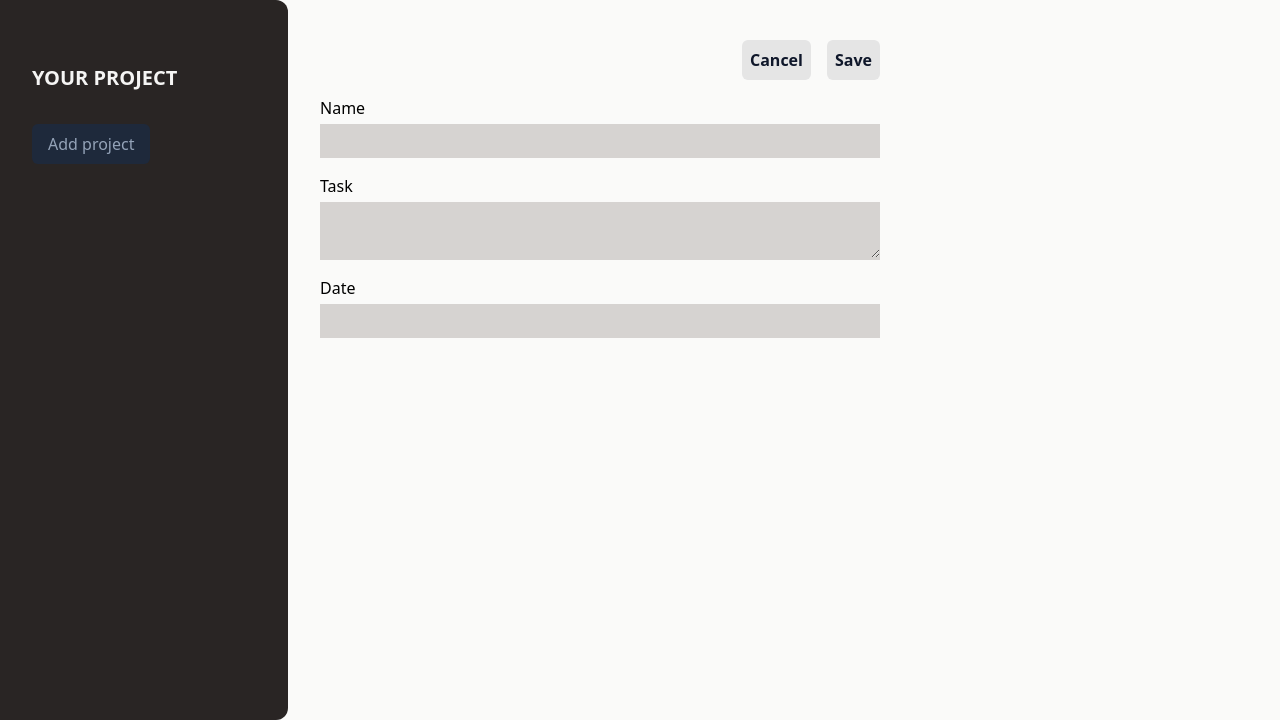
Repository: sibi24sibi/todo-list-using-reactjs
Page: /, after clicking the first element matching `button.px-4`
An editor plug-in stored every save of this project. The page is shown before and after the next save, followed by the edit.
The browser window is 1280 px wide. The pictures show the whole page.
The project was rebuilt for these pictures with package versions that can differ from the ones it lists, and the page was loaded fresh each time. Also part of the build but not shown: vite.config.js.

Above is the page before, as saved 2024-07-03 12:23:39.

After the next save:
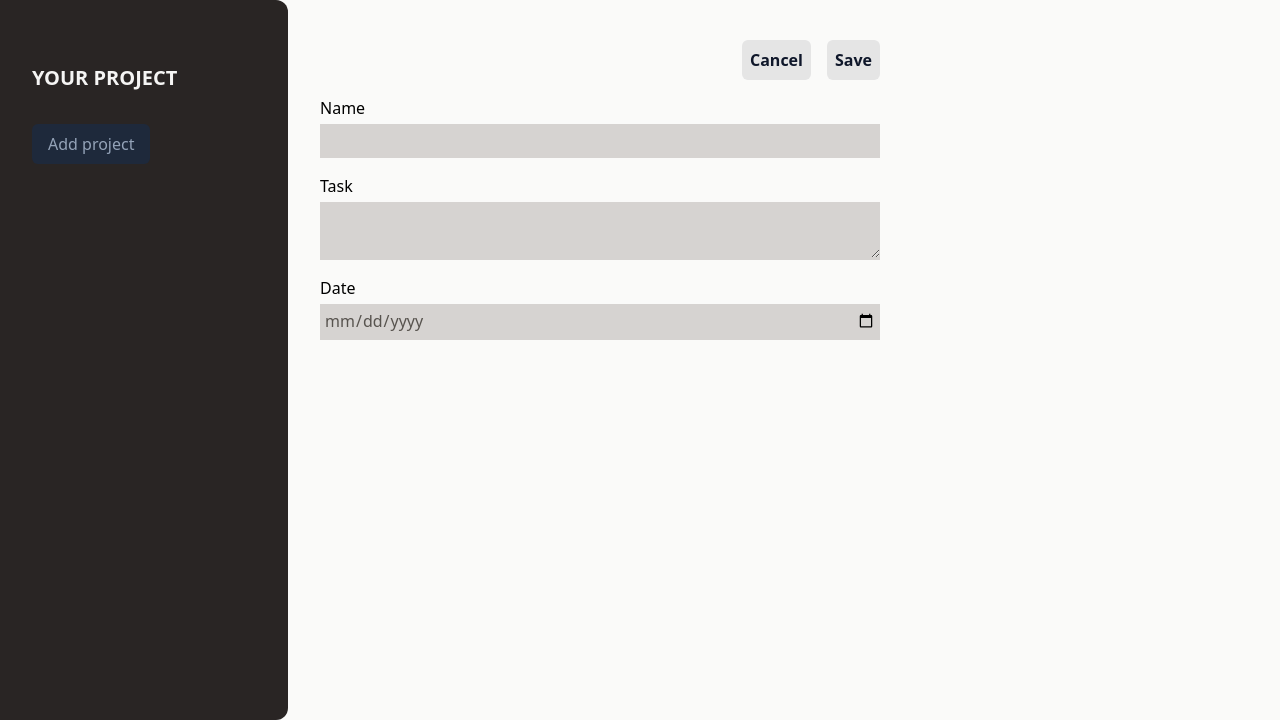
Saved 18 min 38 s later.
--- a/src/Components/NewProjects.jsx
+++ b/src/Components/NewProjects.jsx
@@ -59,7 +59,7 @@ export default function NewPoject({ onAdd, onCancel }) {
         <div>
           <Input ref={name} label="Name" textarea={false} />
           <Input ref={task} label="Task" textarea />
-          <Input ref={date} label="Date" textarea={false} />
+          <Input ref={date} type="date" label="Date" textarea={false} />
         </div>
       </div>
     </div>
